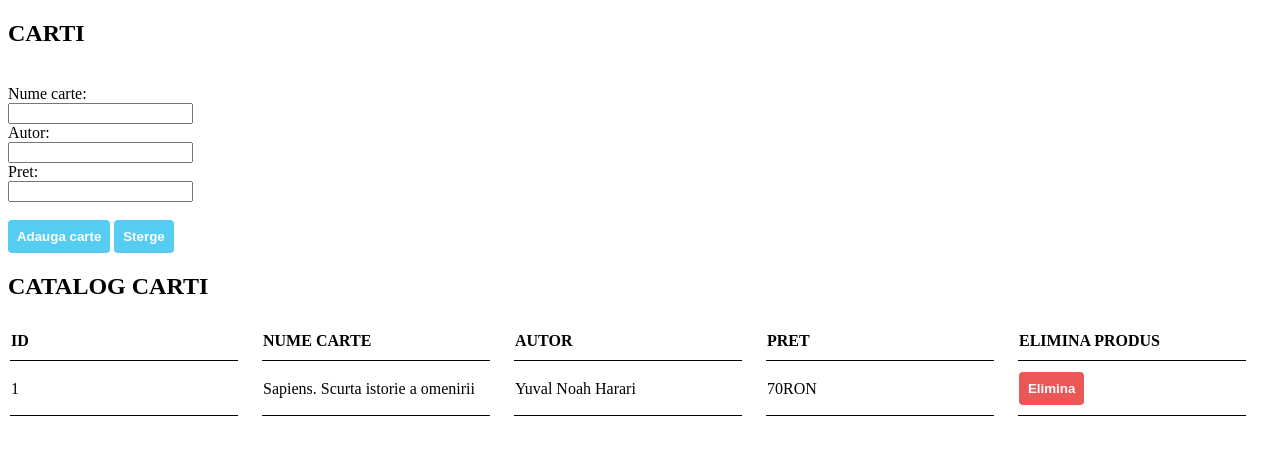
Repository: mireladavid/afacerielectronice
Page: frontend/index.html
The author's editor kept a record of every edit. The page is drawn from the files as they stood at one moment, then again after the next edit.
The browser window is 1280 px wide. The pictures show the whole page.
The page's requests for data from a server got no answer.

Above is the page before.

### frontend/index.html
<!DOCTYPE html>
<html>
    <head>
        <title>Catalog carti</title>
        <link rel="stylesheet" href="styles.css" />
    </head>
    <body>
       <section>
       <h2>CARTI</h2>
       <div>
           <div>
        <form onSubmit="adaugaCarte(event)">
  <input type="hidden" name="id" id="id" /><br />
  Nume carte:<br />
  <input type="text" name="nume" id="nume" /><br />
  Autor:<br />
  <input type="text" name="autor" id="autor"><br/>
  Pret:<br />
  <input type="text" name="pret" id="pret"><br/>
  <br />
  <input class="btn btn-primary" type="submit" value="Adauga carte">
  <input class="btn btn-primary" type="reset" value="Sterge">
</form>
</div>
</div>
<section>
            <h2>CATALOG CARTI</h2>
            <div>
                <div class="cart-row">
                    <table style="width:100%;">
                <tr class="cart-row">
                    <th class="cart-item cart-header cart-column">ID</th>
                    <th class="cart-item cart-header cart-column">NUME CARTE</th>
                    <th class="cart-item cart-header cart-column">AUTOR</th>
                    <th class="cart-item cart-header cart-column">PRET</th>
                    <th class="cart-item cart-header cart-column">ELIMINA PRODUS</th>
                </tr>
                <tr class="cart-row">
                    <td class="cart-item cart-header cart-column">1</td>
                    <td class="cart-item cart-header cart-column">Sapiens. Scurta istorie a omenirii</td>
                    <td class="cart-item cart-header cart-column">Yuval Noah Harari</td>
                    <td class="cart-item cart-header cart-column">70RON</td>
                     <td class="cart-item cart-header cart-column">
                        <button class="btn btn-danger">Elimina</button>
                    </td>
                </tr>
                    </table>
                </div>
            </div>
        </section>

<div id="table"></div>
<script
    src="https://code.jquery.com/jquery-3.3.1.min.js"
    integrity="sha256-FgpCb/KJQlLNfOu91ta32o/NMZxltwRo8QtmkMRdAu8="
    crossorigin="anonymous"></script>
<script src="https://unpkg.com/axios/dist/axios.min.js"></script>

<script>
function afisareCarti() {
    axios.get('/catalog').then(function(results) {

        let html = ` <table style="width:100%;">
                <tr class="cart-row">
                    <th class="cart-item cart-header cart-column">ID</th>
                    <th class="cart-item cart-header cart-column">NUME CARTE</th>
                    <th class="cart-item cart-header cart-column">AUTOR</th>
                    <th class="cart-item cart-header cart-column">PRET</th>
                    <th class="cart-item cart-header cart-column">ELIMINA PRODUS</th>
                </tr>`

        results.data.forEach(function(element) {
            html += `<tr class="cart-row">
                        <td class="cart-item cart-header cart-column">${element.id}</td>
                        <td class="cart-item cart-header cart-column">${element.nume}</td>
                        <td class="cart-item cart-header cart-column">${element.autor}</td>
                        <td class="cart-item cart-header cart-column">${element.pret}</td>
                        <td class="cart-item cart-header cart-column">
                            <button class="btn btn-danger" onClick="eliminaCarte(${element.id})">Elimina</button>
                        </td>
                    </tr>`
        })

        html += `</table>`

        $('#table').html(html)
    }).catch(function(error) {
        console.log(error)
    })
}
</script>

<script>
    function adaugaCarte(event) {
    event.preventDefault()

    let id = $('#id').val()
    let nume = $('#nume').val()
    let autor = $('#autor').val()
    let pret = $('#pret').val()

    if(id) {
        console.log('Cartea exista deja')
    } else {
        axios.post('/carti', {
    nume: nume,
    autor: autor,
    pret: pret
}).then(function(result) {
    afisareCarti()
    $(event.target).trigger("reset")
}).catch(function(err) {
    alert('Resource could not be saved')
})
    }

}
</script>

<script>
   function eliminaCarte(id) {
    axios.delete('/carti/'+id).then(function(result) {
        afisareCarti()
    }).catch(function(err) {
        alert('Resource could not delete resource')
    })
}
</script>

<script type="text/javascript">
    $(document).ready(function() {
        console.log('Hello from JQuery')
        afisareCarti()
    })
</script>

    </body>
</html>

### frontend/styles.css
.cart-row {
    display: flex;
}

.cart-item {
    width: 45%;
}

.cart-column {
    display: flex;
    align-items: center;
    border-bottom: 1px solid black;
    margin-right: 1.5em;
    padding-bottom: 10px;
    margin-top: 10px;
}

.cart-item-image {
    width: 75px;
    height: auto;
    border-radius: 10px;
}

.cart-price {
    width: 20%;
    font-size: 1.2em;
    color: #333;
}

.cart-total-price {
    color: #333;
    font-size: 1.1em;
}

.cart-total-title {
    font-weight: bold;
    font-size: 1.5em;
    color: black;
    margin-right: 20px;
}

.cart-item-title {
    color: #333;
    margin-left: .5em;
    font-size: 1.2em;
}

.btn {
    text-align: center;
    vertical-align: middle;
    padding: .67em .67em;
    cursor: pointer;
}

.btn-primary {
    color: white;
    background-color: #56CCF2;
    border: none;
    border-radius: .3em;
    font-weight: bold;
}

.btn-danger {
    color: white;
    background-color: #EB5757;
    border: none;
    border-radius: .3em;
    font-weight: bold;
}

After the next edit:
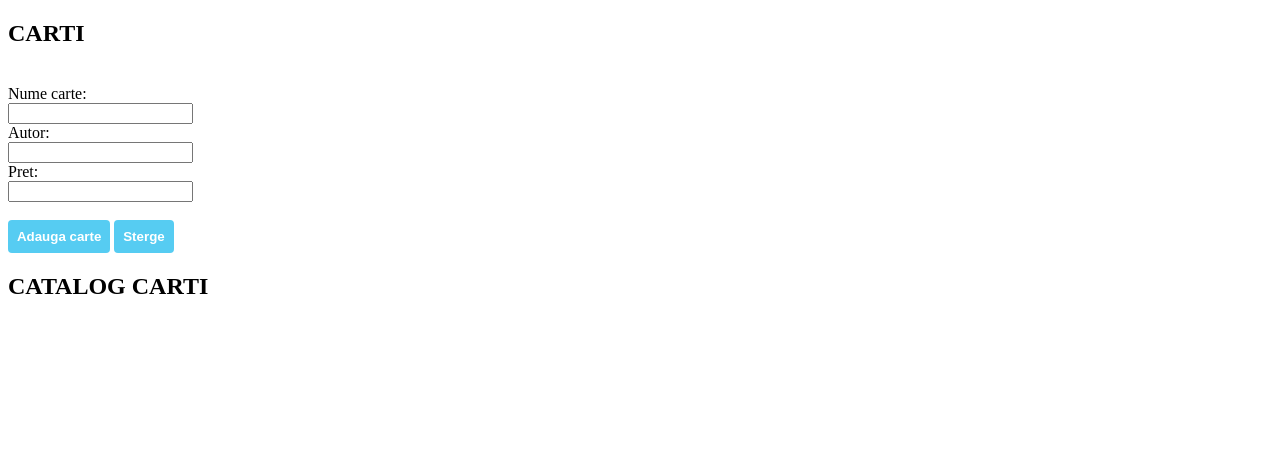
The edit:
--- a/frontend/index.html
+++ b/frontend/index.html
@@ -27,23 +27,23 @@
             <h2>CATALOG CARTI</h2>
             <div>
                 <div class="cart-row">
-                    <table style="width:100%;">
-                <tr class="cart-row">
-                    <th class="cart-item cart-header cart-column">ID</th>
-                    <th class="cart-item cart-header cart-column">NUME CARTE</th>
-                    <th class="cart-item cart-header cart-column">AUTOR</th>
-                    <th class="cart-item cart-header cart-column">PRET</th>
-                    <th class="cart-item cart-header cart-column">ELIMINA PRODUS</th>
-                </tr>
-                <tr class="cart-row">
-                    <td class="cart-item cart-header cart-column">1</td>
-                    <td class="cart-item cart-header cart-column">Sapiens. Scurta istorie a omenirii</td>
-                    <td class="cart-item cart-header cart-column">Yuval Noah Harari</td>
-                    <td class="cart-item cart-header cart-column">70RON</td>
-                     <td class="cart-item cart-header cart-column">
-                        <button class="btn btn-danger">Elimina</button>
-                    </td>
-                </tr>
+                <!--    <table style="width:100%;">-->
+                <!--<tr class="cart-row">-->
+                <!--    <th class="cart-item cart-header cart-column">ID</th>-->
+                <!--    <th class="cart-item cart-header cart-column">NUME CARTE</th>-->
+                <!--    <th class="cart-item cart-header cart-column">AUTOR</th>-->
+                <!--    <th class="cart-item cart-header cart-column">PRET</th>-->
+                <!--    <th class="cart-item cart-header cart-column">ELIMINA PRODUS</th>-->
+                <!--</tr>-->
+                <!--<tr class="cart-row">-->
+                <!--    <td class="cart-item cart-header cart-column">1</td>-->
+                <!--    <td class="cart-item cart-header cart-column">Sapiens. Scurta istorie a omenirii</td>-->
+                <!--    <td class="cart-item cart-header cart-column">Yuval Noah Harari</td>-->
+                <!--    <td class="cart-item cart-header cart-column">70RON</td>-->
+                <!--     <td class="cart-item cart-header cart-column">-->
+                <!--        <button class="btn btn-danger">Elimina</button>-->
+                <!--    </td>-->
+                <!--</tr>-->
                     </table>
                 </div>
             </div>
